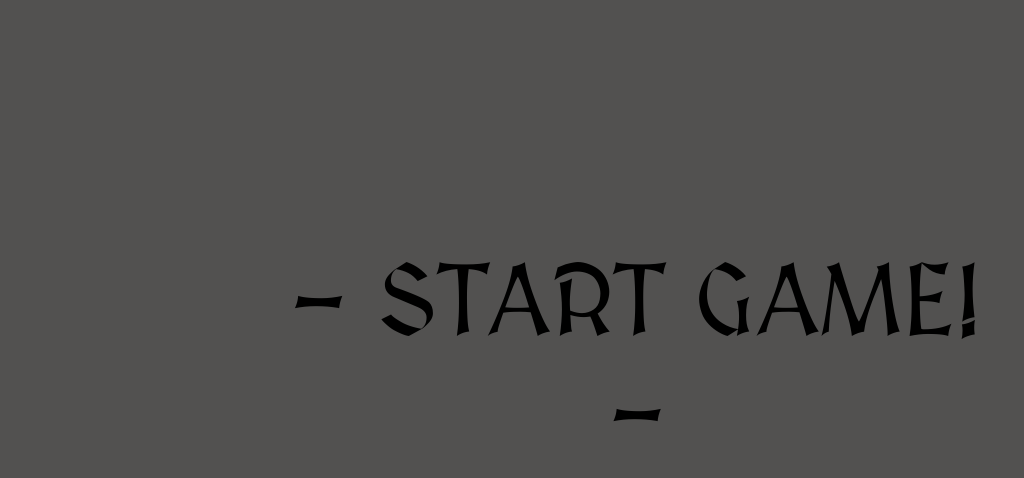
Repository: AydinRaghip/memory-game
Page: index.html
The author's editor kept a record of every edit. The page is drawn from the files as they stood at one moment, then again after the next edit.
The browser window is 1024 px wide. The pictures show the whole page.

Above is the page before.
Console error: ReferenceError: describe is not defined

After the next edit:
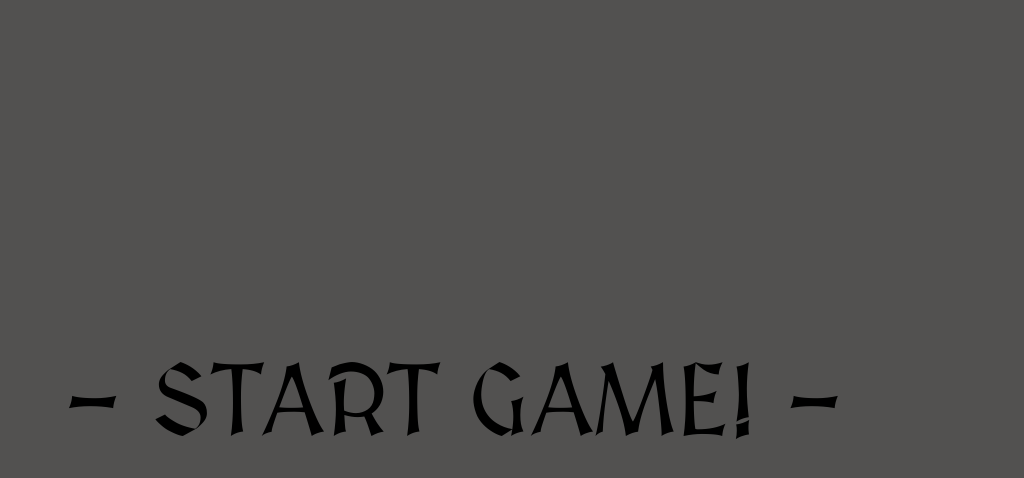
The edit:
--- a/assets/style.css
+++ b/assets/style.css
@@ -138,5 +138,29 @@
 
 /* Ipad Pro */
 @media screen and (max-width: 1024px){
+  #startButton{
+  left: 65px;
+  top: 350px;
+  font-size: 100px;
+}
 
+#startButton:active{
+  color: white;
 }
+
+.board {
+  max-width: 75%;
+  margin-left: 70px;
+  margin-top: 60px;
+  display: flex;
+  flex-wrap: wrap;
+}
+
+.tile,
+.back,
+.front {
+  height: 80px;
+  width: 80px;
+  margin-right: 40px;
+}
+}
